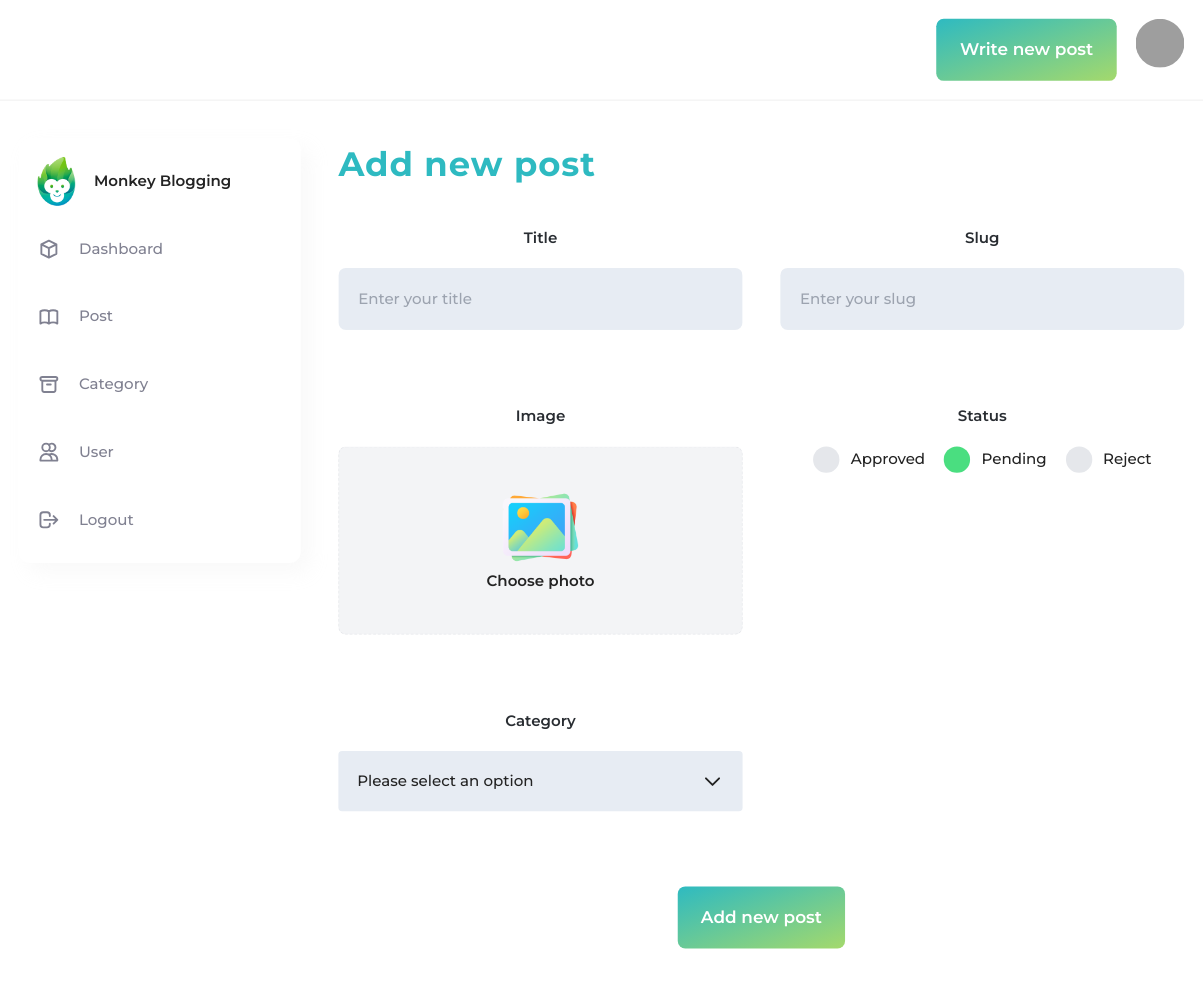
Repository: ThanhPhongsof/react-course-projects
Page: /manage/add-post (app in react-monkey-bloging/)
The author's editor kept a copy of each file at every save. The page is drawn from the files as they stood at one save, then again after the next save.
The browser window is 1280 px wide. The pictures show the whole page, at 94% of full size.
Pictures or frames that could not be fetched are drawn as grey boxes. The project was rebuilt for these pictures with package versions that can differ from the ones it lists, and the page was loaded fresh each time. Also part of the build but not shown: react-monkey-bloging/src/page/AuthenticationPage.js, react-monkey-bloging/src/components/icon/IconEyeOpen.js, react-monkey-bloging/src/components/icon/IconEyeClose.js, react-monkey-bloging/src/components/icon/index.js, react-monkey-bloging/src/components/input/InputPasswordToggle.js, react-monkey-bloging/src/page/SignUpPage.js, react-monkey-bloging/src/page/SignInPage.js, react-monkey-bloging/src/components/layout/Header.js and 21 more. Imported but missing from the stored project, and not drawn on this page: react-monkey-bloging/src/components/loading/LoadingSpinner, react-monkey-bloging/src/module/post/PostMeta.

Above is the page before, as saved 2022-05-09 14:56:44.

After the next save:
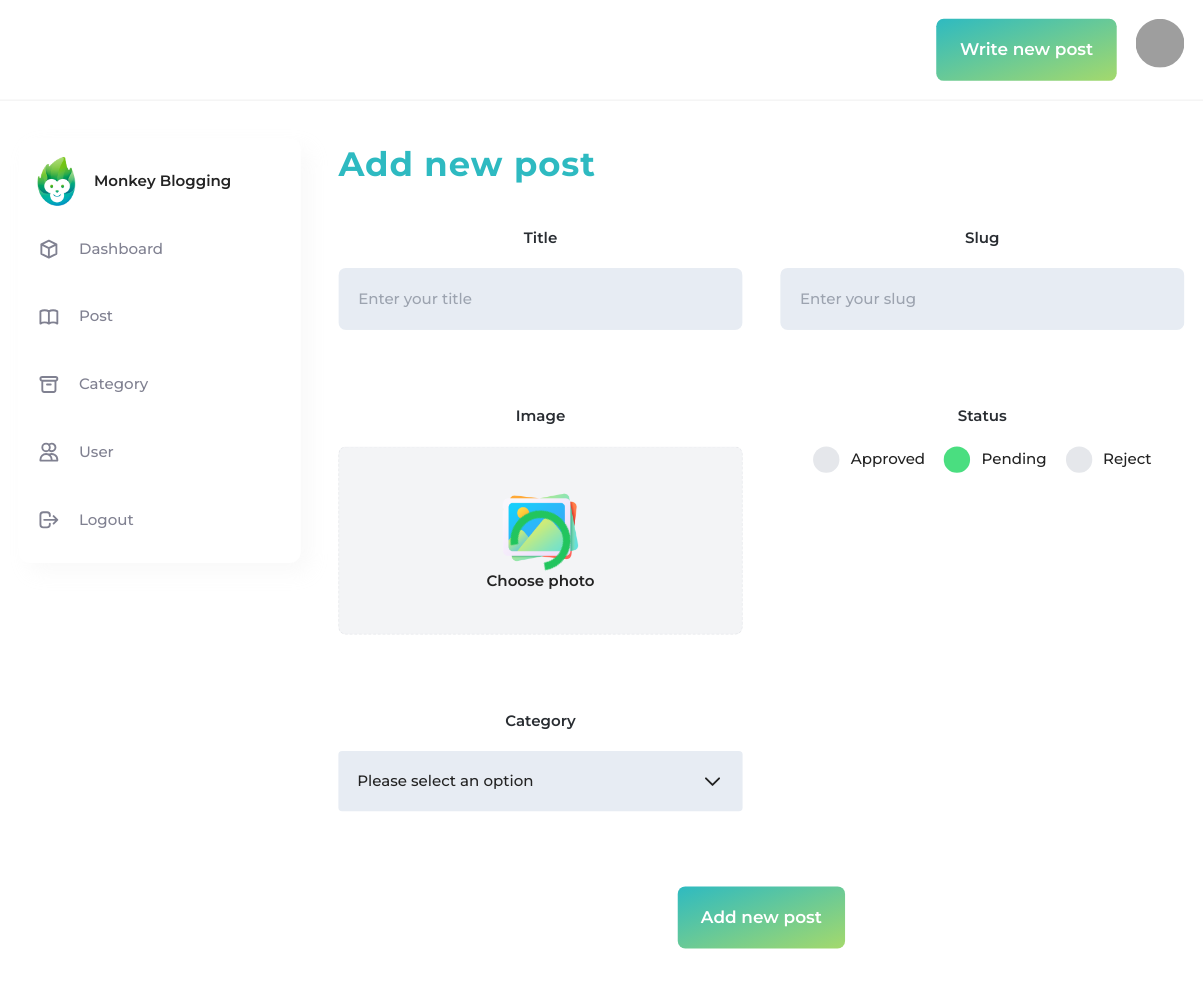
Saved 32 s later.
--- a/react-monkey-bloging/src/components/image/ImageUpload.js
+++ b/react-monkey-bloging/src/components/image/ImageUpload.js
@@ -99,7 +99,7 @@
         {...rest}
       />
       {/* progress !== 0 && !image &&  */}
-      <div className="image-loading"></div>
+      <div className="absolute z-10 w-16 h-16 border-8 border-green-500 rounded-full loading border-t-transparent animate-spin"></div>
       {image ? (
         <Fragment>
           <img src={image} className="image-show" alt="" />

After the 4 saves that followed:
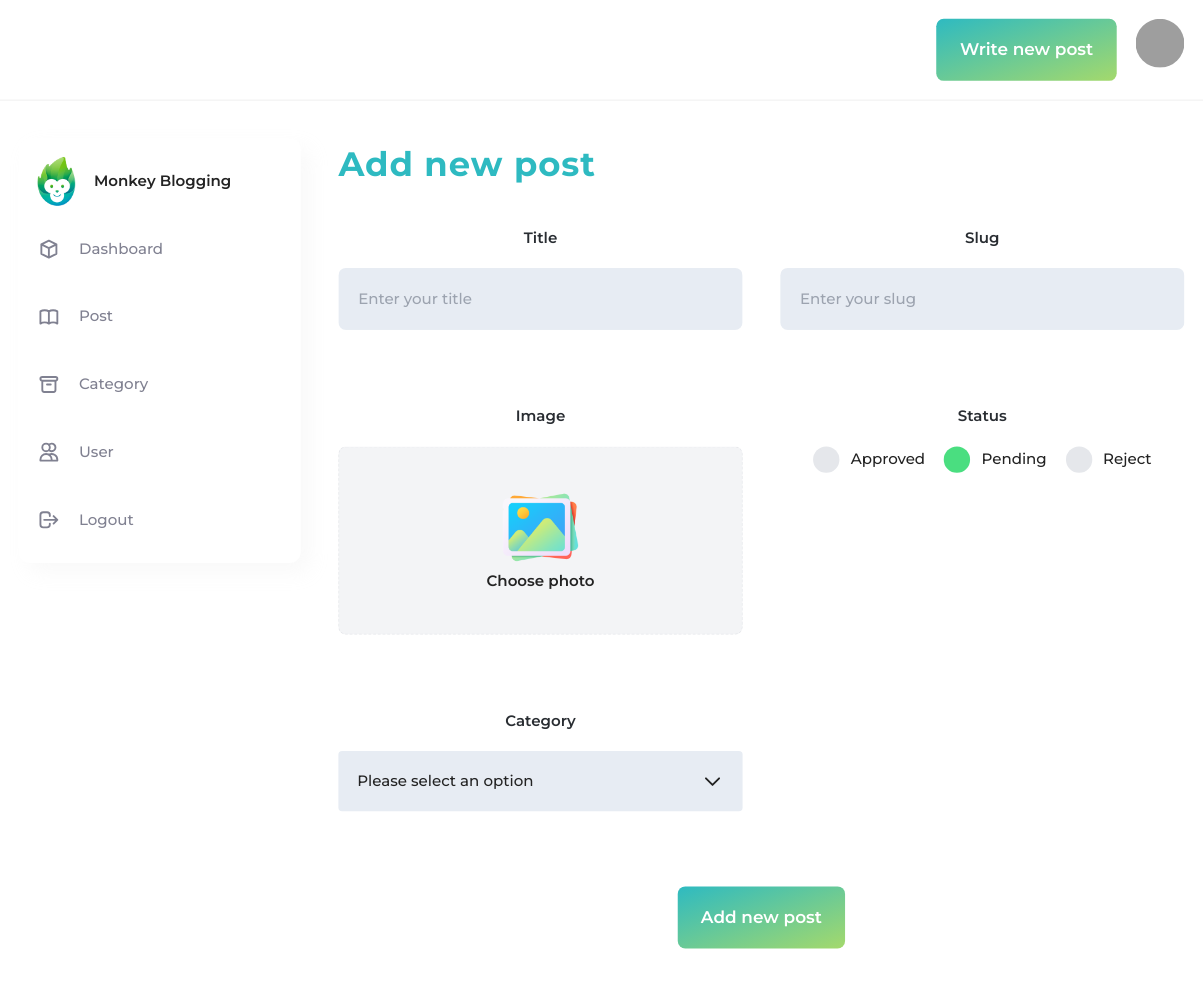
The 4 saves are shown as one change because 3 left the picture as it was.
The last was saved 3 min 22 s later.
--- a/react-monkey-bloging/src/components/image/ImageUpload.js
+++ b/react-monkey-bloging/src/components/image/ImageUpload.js
@@ -50,10 +50,9 @@
       transition-duration: 150ms;
     }
     &-loading {
-      width: 56px;
-      height: 56px;
+      width: 64px;
+      height: 64px;
       border: 8px;
-      border-color: white;
       border-color: rgb(34 197 94);
       border-top-color: transparent;
       position: absolute;
@@ -99,7 +98,8 @@
         {...rest}
       />
       {/* progress !== 0 && !image &&  */}
-      <div className="absolute z-10 w-16 h-16 border-8 border-green-500 rounded-full loading border-t-transparent animate-spin"></div>
+      <div className="image-loading"></div>
+      {/* <div className="absolute z-10 w-16 h-16 border-8 border-green-500 rounded-full loading border-t-transparent animate-spin"></div> */}
       {image ? (
         <Fragment>
           <img src={image} className="image-show" alt="" />
